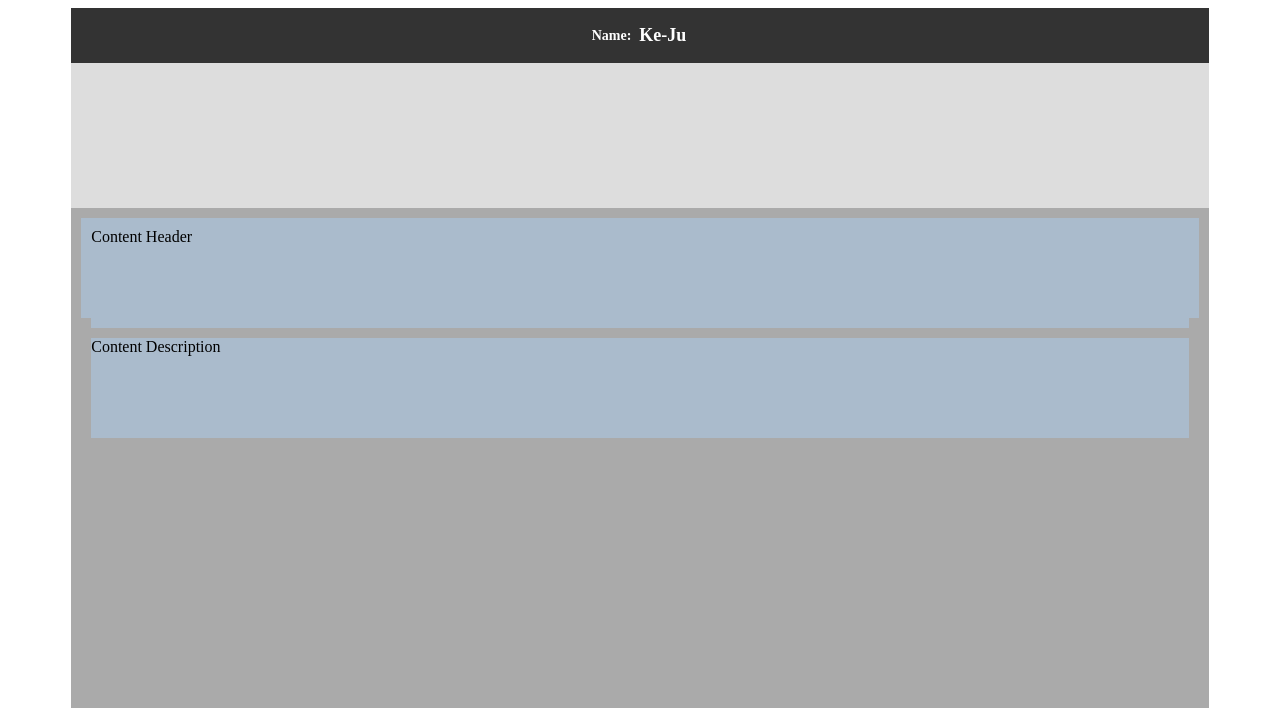
Repository: kerudai/mdiat3126nextapp
Page: /
The author's editor kept a copy of each file at every save. The page is drawn from the files as they stood at one save, then again after the next save.
The browser window is 1280 px wide. The pictures show the whole page.
The project was rebuilt for these pictures with package versions that can differ from the ones it lists, and the page was loaded fresh each time. The framework's server and built-in components were replaced by stand-ins that run in the browser.

Above is the page before, as saved 2020-09-29 16:18:12.

After the next save:
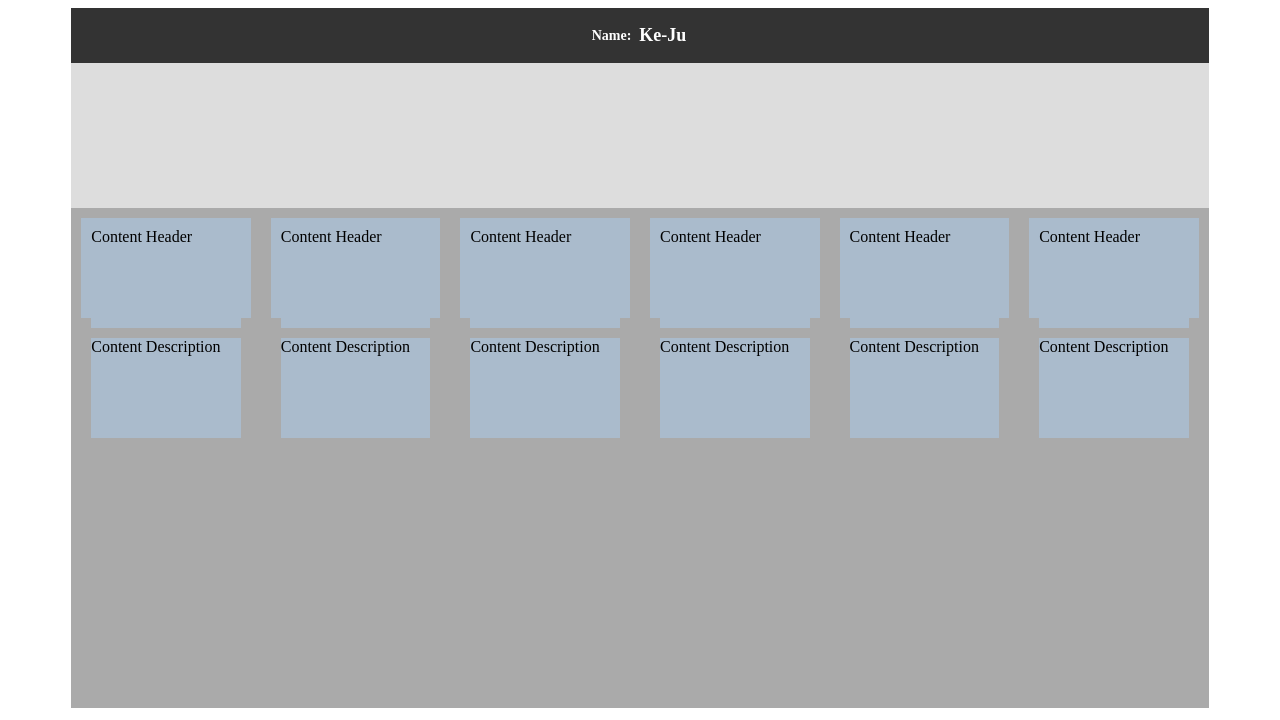
Saved 30 s later.
--- a/pages/index.js
+++ b/pages/index.js
@@ -11,6 +11,26 @@ export default function Home() {
           <div>Content Header</div>
           <div>Content Description</div>
         </div>
+        <div>
+          <div>Content Header</div>
+          <div>Content Description</div>
+        </div>
+        <div>
+          <div>Content Header</div>
+          <div>Content Description</div>
+        </div>
+        <div>
+          <div>Content Header</div>
+          <div>Content Description</div>
+        </div>
+        <div>
+          <div>Content Header</div>
+          <div>Content Description</div>
+        </div>
+        <div>
+          <div>Content Header</div>
+          <div>Content Description</div>
+        </div>
       </div>
     </div>
   )
